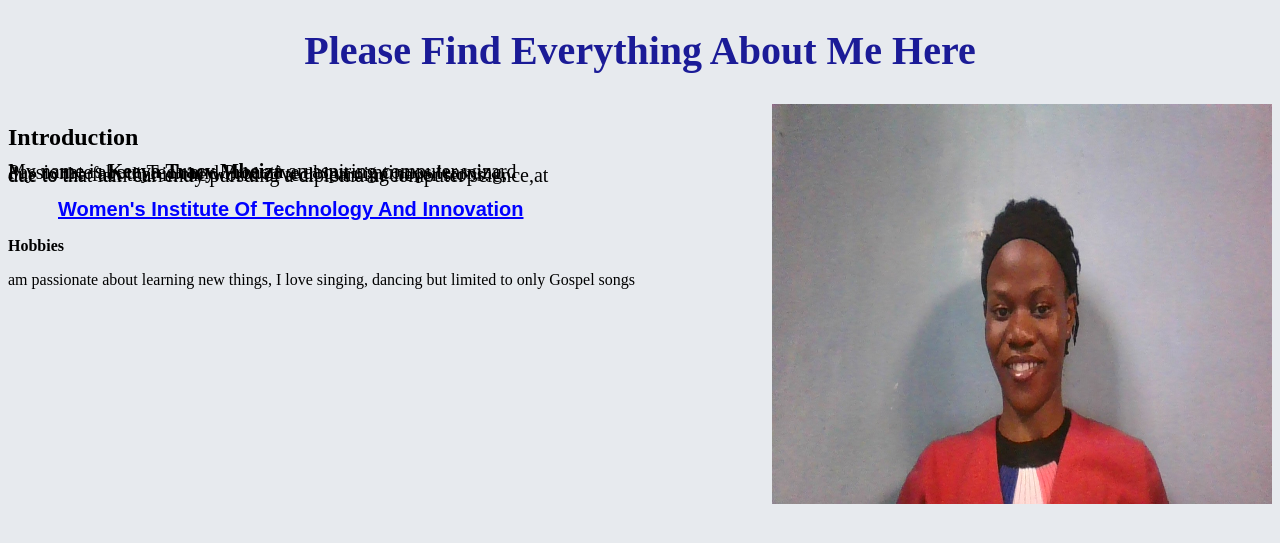
Repository: tracykeeya/my_first_web
Page: index.html
These files come from the project's save history. The page is drawn as it stood at one moment and after a run of saves; the edit follows.
The browser window is 1280 px wide. The pictures show the whole page.

Above is the page before, as saved 2025-11-03 12:01:37.

After the next 3 saves:
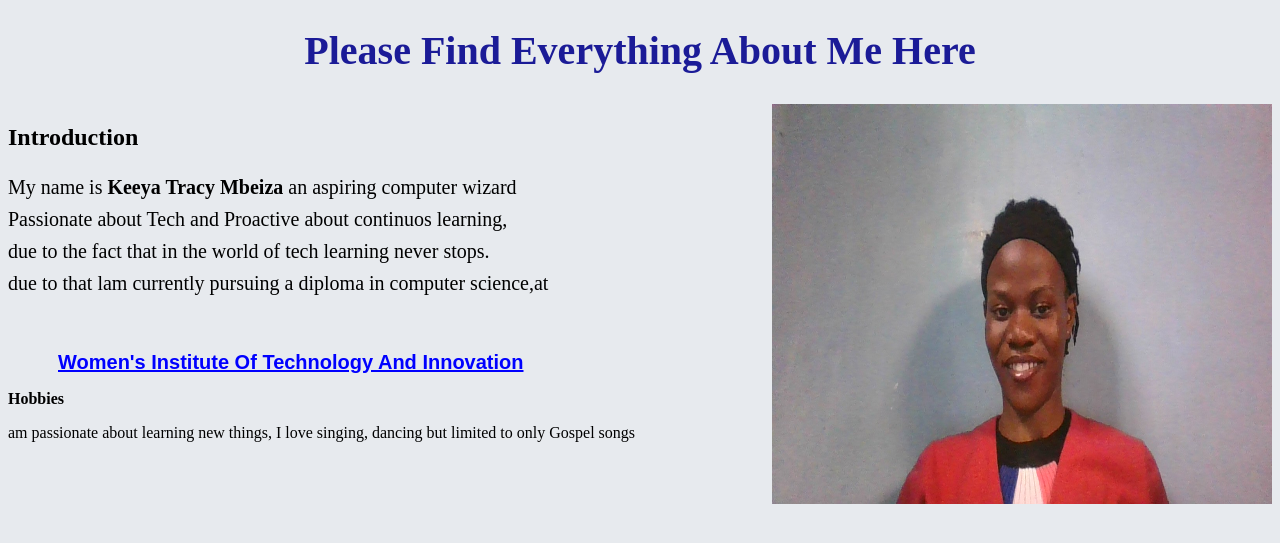
The 3 saves are shown as one change because they came seconds apart.
The last was saved 16 s later.
--- a/index.html
+++ b/index.html
@@ -16,7 +16,7 @@
         <div style="width: 60%;">
     <h2 style="color: black;">Introduction</h2>
 
-    <p style="font-size: 20px; line-height: 1.5px;">My name is<strong> Keeya Tracy Mbeiza</strong> an aspiring computer wizard<br>Passionate about Tech and Proactive about continuos learning,<br> due to the fact that in the world of tech learning never stops.<br> due to that lam currently pursuing a diploma in computer science,at<br>
+    <p style="font-size: 20px; line-height: 1.6;">My name is<strong> Keeya Tracy Mbeiza</strong> an aspiring computer wizard<br>Passionate about Tech and Proactive about continuos learning,<br> due to the fact that in the world of tech learning never stops.<br> due to that lam currently pursuing a diploma in computer science,at<br>
         </br></p>
     <a href="https://www.witi.ac.ug/" style="position: relative; left: 50px; color: rgb(0, 0, 255); font-size: 20px; font-family: Arial, Helvetica, sans-serif"><b> Women's Institute Of Technology And Innovation</b></a>
 
